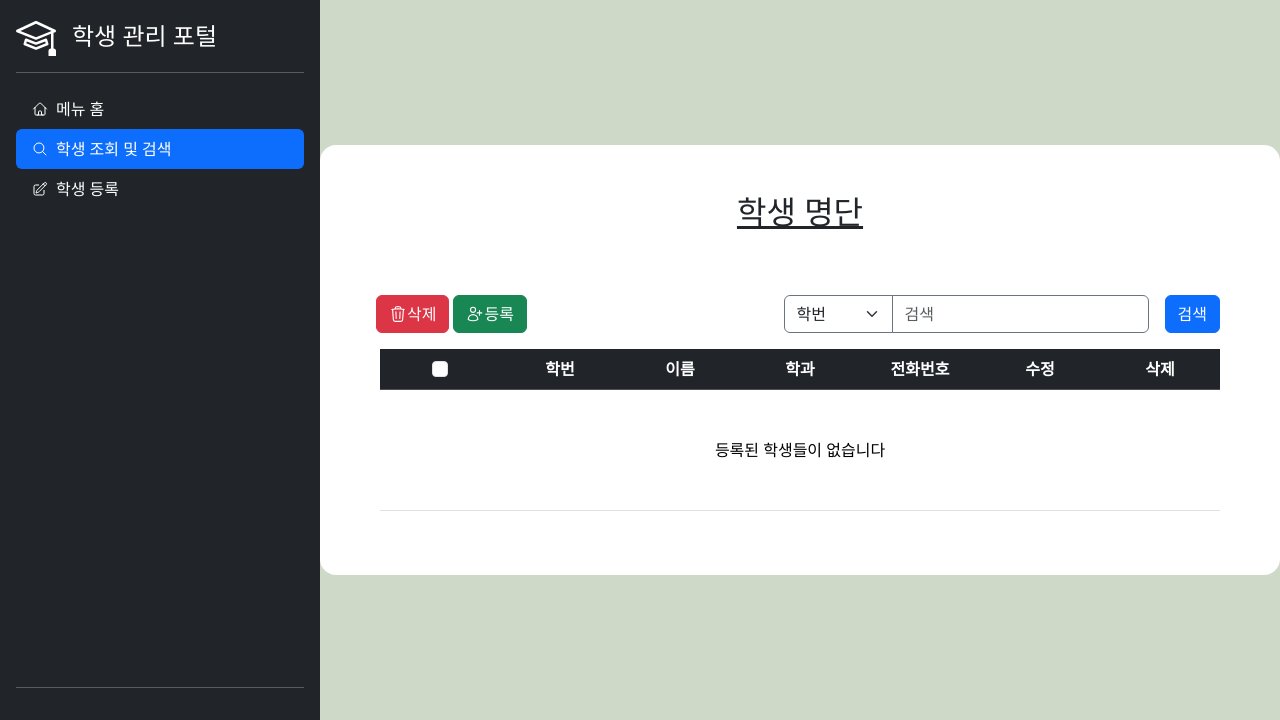
Repository: invisibleufo101/StudentManagementWeb
Page: http://localhost/HSW_Web/browseStudents.do
An editor plug-in stored every save of this project. The page is shown before and after the next save, followed by the edit.
The browser window is 1280 px wide. The pictures show the whole page.
The page is served by Tomcat 9. Queries for data that is not in the repository find no rows.

Above is the page before, as saved 2024-09-25 14:05:01.

After the next save:
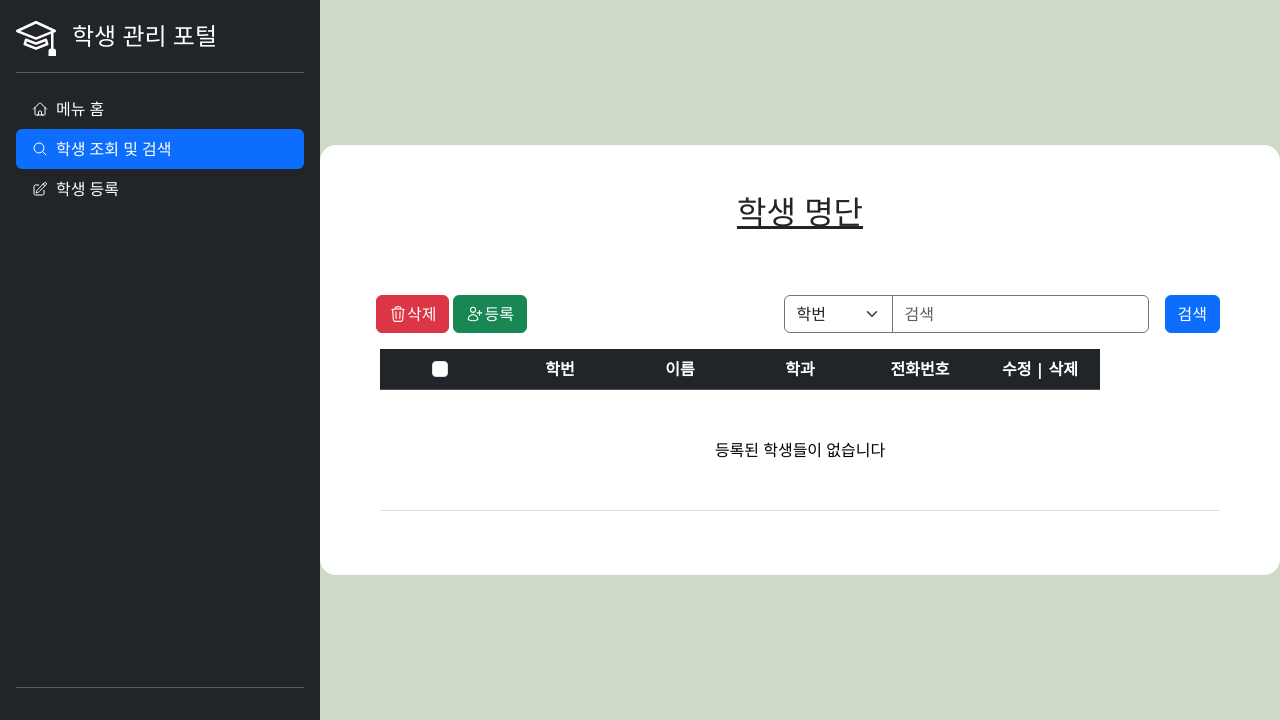
Saved 46 s later.
--- a/HSW_Web/src/main/java/com/university/controller/BrowseStudentsServlet.java
+++ b/HSW_Web/src/main/java/com/university/controller/BrowseStudentsServlet.java
@@ -239,8 +239,7 @@ public class BrowseStudentsServlet extends HttpServlet {
 		out.println("<th scope='col'>이름</th>");
 		out.println("<th scope='col'>학과</th>");
 		out.println("<th scope='col'>전화번호</th>");
-		out.println("<th scope='col'>수정</th>");
-		out.println("<th scope='col'>삭제</th>");
+		out.println("<th scope='col'>수정 | 삭제</th>");
 		out.println("</tr>");
 		out.println("</thead>");
 		out.println("<tbody>");
